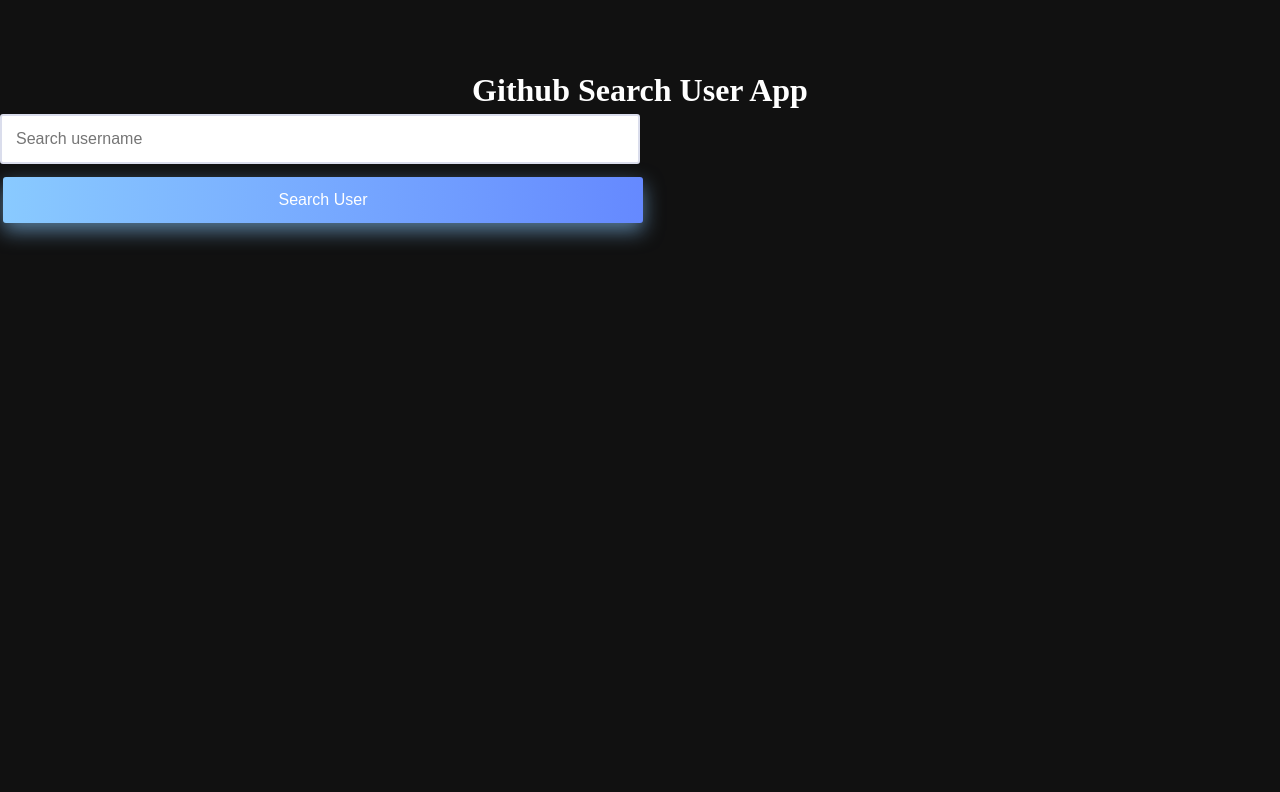
Repository: solox-cyber/Github-search-user
Page: index.html
The author's editor kept a copy of each file at every save. The page is drawn from the files as they stood at one save, then again after the next save.
The browser window is 1280 px wide. The pictures show the whole page.

Above is the page before, as saved 2023-03-25 18:29:25.

### index.html
<!DOCTYPE html>
<html lang="en">

<head>
    <meta charset="UTF-8">
    <meta http-equiv="X-UA-Compatible" content="IE=edge">
    <meta name="viewport" content="width=device-width, initial-scale=1.0">
    <title>Github Search User Using Github API</title>
    <link rel="stylesheet" href="style.css">
</head>

<body>
    <div class="container">
        <h1>
            Github Search User App
        </h1>
        <form id="myForm" autocomplete="off">
            <div class="form-group">
                <input type="text" name="" class="form-control" placeholder="Search username" id="search" required>
            </div>
            <div class="form-group">
                <button class="btn btn-danger btn-block">
                    Search User
                </button>
            </div>
        </form>

    <div id="result"></div>
    </div>


        <script src="script.js"></script>
</body>

</html>

### style.css
*{
    margin: 0;
    padding: 0;
    box-sizing: border-box;
}

body{
    background-color: #111;
    color: #fff;
}
.container{
    position: absolute;
    display: block;
    height: 100vh;
    width: 100%;
    top:10%;
}

.container h1{
    position: relative;
    text-align: center;
}

.container form{
    position: relative;
    width: 50%;
    justify-content: center;
    align-content: center;
    align-items: center;
}

input,
    button {
      width: 100%;
      border: none;
      padding: 14px;
      border-radius: 3px;
      margin: 3px;
    }

    input {
        border: 2px solid #DADDEC;
        margin: 5px 0 10px;
        font-size: 1rem;
        color: #656880;
      }

      button {
        background-image: linear-gradient(to right, #89CAFF, #6589FF);
        display: block;
        color: #fff;
        font-size: 1rem;
        cursor: pointer;
        box-shadow: 0 8px 20px #89caff94;
        transition: box-shadow .3s ease-in-out;
      }

      button:hover {
        box-shadow: none;
      }

### script.js
var form = document.getElementById("myForm");

form.addEventListener('submit', function(e){
e.preventDefault();

var search = document.getElementById("search").value;

var originalName = search.split(' ').join(' ');

document.getElementById("result").innerHTML = "";
fetch("https://api.github.com/users/"+originalName)
.then(result=>result.json())
.then(data => {
    console.log(data);
    document.getElementById('result').innerHTML =`
   <a target="_blank" href="https://www.github.com/${originalName}"> <img src="${data.avatar_url}"/></a>
    `
})



})

After the next save:
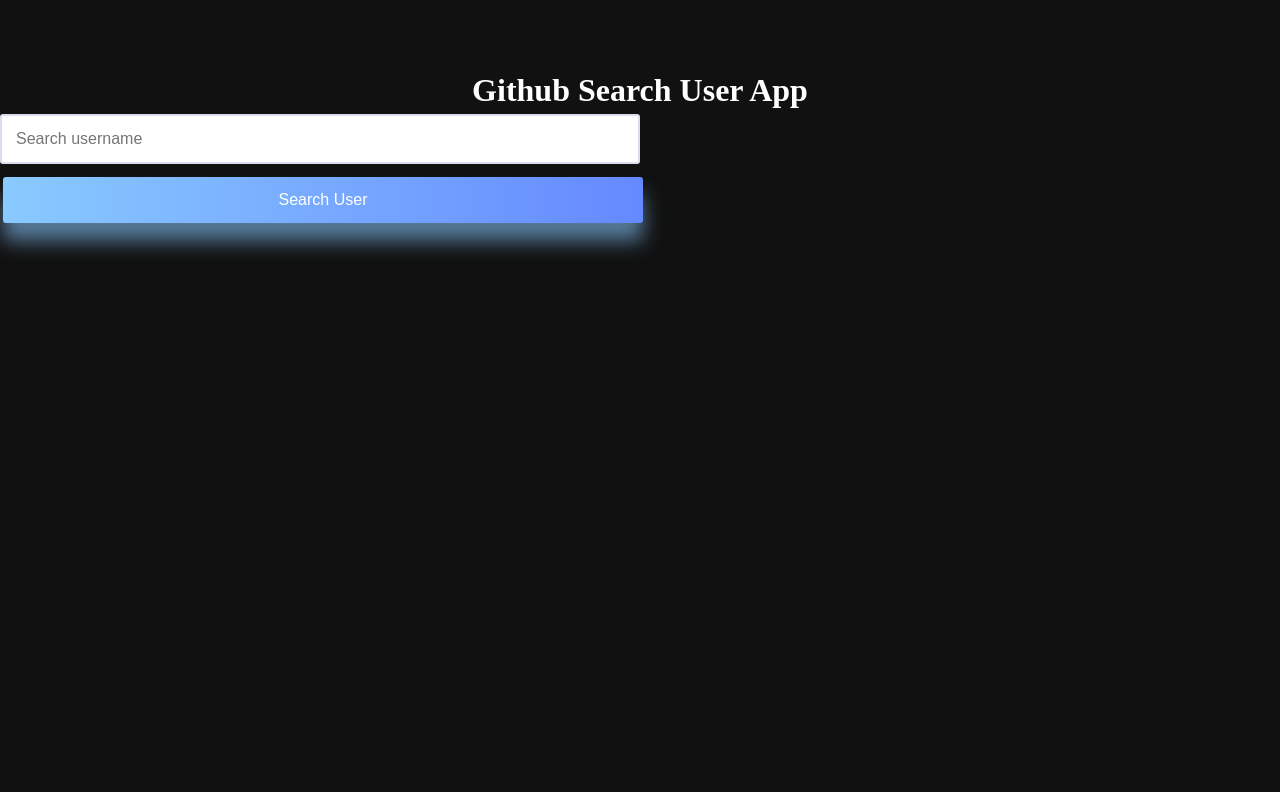
Saved 4 s later.
--- a/style.css
+++ b/style.css
@@ -51,7 +51,7 @@
         color: #fff;
         font-size: 1rem;
         cursor: pointer;
-        box-shadow: 0 8px 20px #89caff94;
+        box-shadow: 0 18px 20px #89caff94;
         transition: box-shadow .3s ease-in-out;
       }
 
